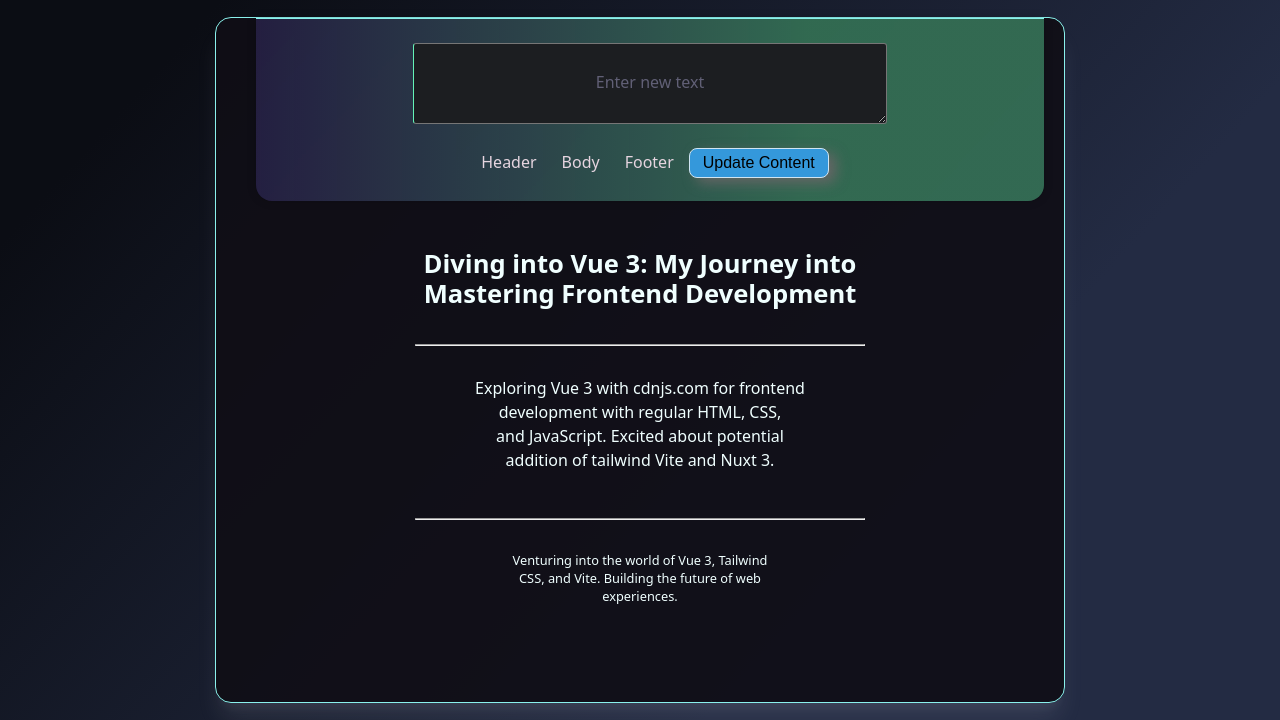
Repository: Freezler/AnnounceCraft
Page: index.html
These files come from the project's save history. The page is drawn as it stood at one moment and after the next save; the edit follows.
The browser window is 1280 px wide. The pictures show the whole page.

Above is the page before, as saved 2024-01-22 15:53:22.

After the next save:
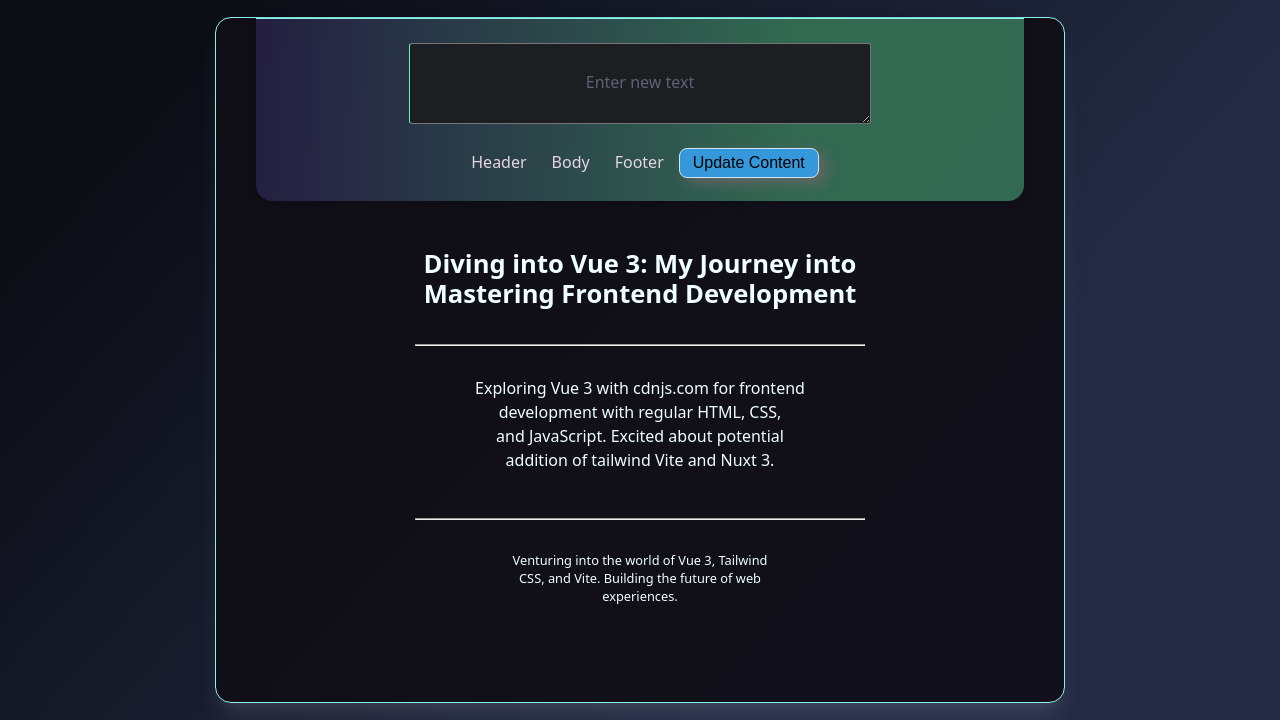
Saved 32 s later.
--- a/style.css
+++ b/style.css
@@ -134,7 +134,7 @@
     backdrop-filter: blur(1px);
 
     box-shadow: 0 0 10px rgba(0, 0, 0, 0.2);
-    width: calc(60vw + 20px);
+    max-width: 60vw;
 
     textarea {
         width: 60%;
